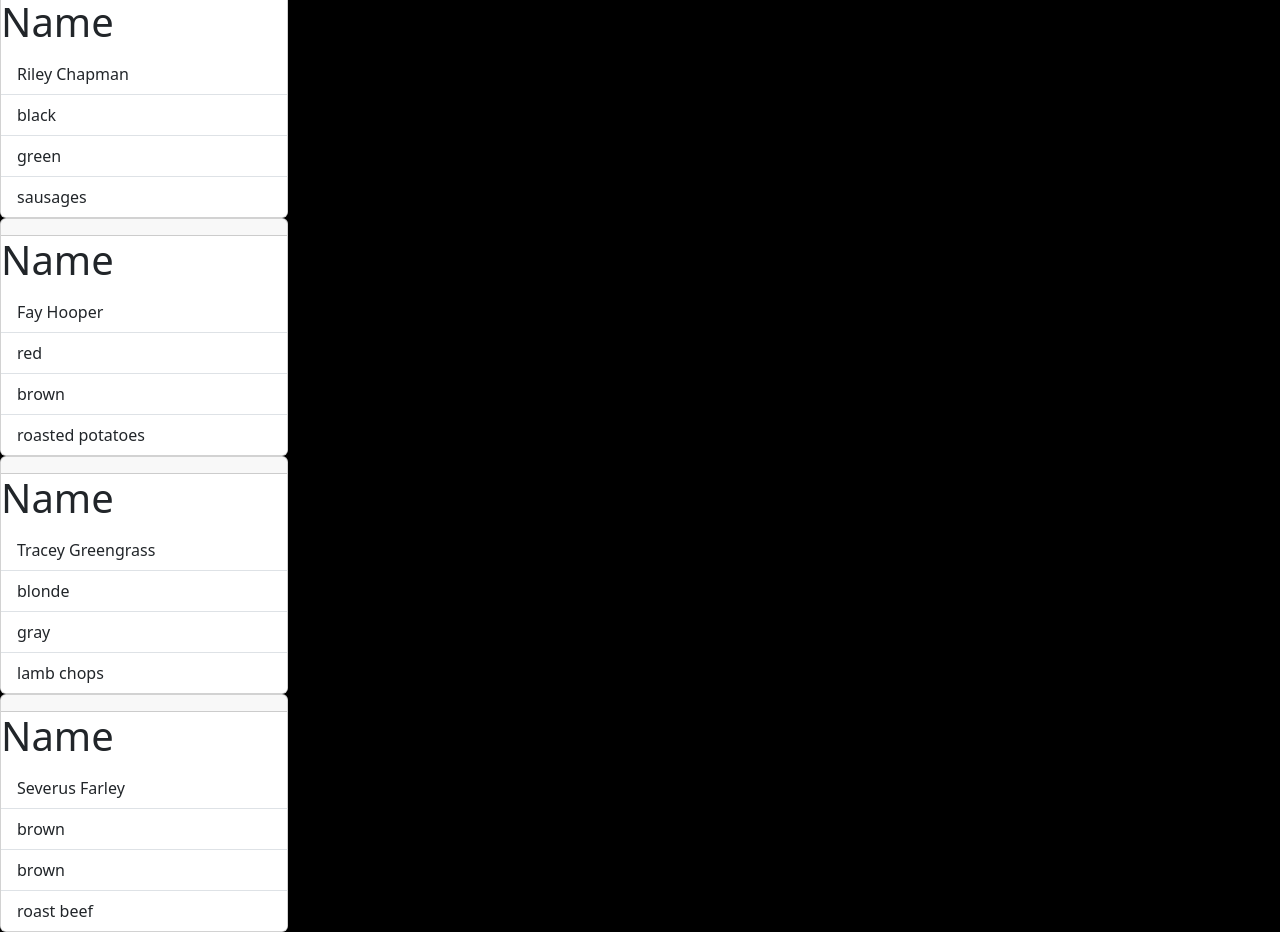
Repository: jontslater/INDIVIDUAL-PROJECT-sorting-hat
Page: index.html
An editor plug-in stored every save of this project. The page is shown before and after the next save, followed by the edit.
The browser window is 1280 px wide. The pictures show the part of the page from y = 541 to 1473 px (the page is 1473 px tall before and 1409 px after).
A picture or video elsewhere on the page could not be fetched, so the positions and the page height are approximate.

Above is the page before, as saved 2023-10-30 20:03:12.

### index.html
<!DOCTYPE html>
<html lang="en">
<head>
  <meta charset="UTF-8">
  <meta name="viewport" content="width=device-width, initial-scale=1.0">
  <title>SortingHat</title>

  <link href="https://cdn.jsdelivr.net/npm/bootstrap@5.3.2/dist/css/bootstrap.min.css" rel="stylesheet" integrity="sha384-T3c6CoIi6uLrA9TneNEoa7RxnatzjcDSCmG1MXxSR1GAsXEV/Dwwykc2MPK8M2HN" crossorigin="anonymous">
  <link rel="stylesheet" href="main.css">
</head>
<body>
  <div class="card">
    <div class="card-header">
      <img src="https://media.tenor.com/vkDuuNm40XoAAAAd/hogwarts-legacy-warner-bros-interactive-entertainment.gif" alt="">
    </div>
    <div class="card-body">
      <h5 class="card-title">Hello, I am the sorting hat!</h5>
      <p class="card-text">Right. Right then. Hmmmm. Right.... You are going to house .... </p>
      <button id="btn">Click here</button>
      <form id="form" class="names">
       <input type="text" id="firstLast" />First Name
       <input type="text" id="firstLast" />Last Name
       <input type="text" id="firstLast" />Hair color
       <input type="text" id="firstLast" />Eye color
       <input type="text" id="firstLast" />Favorite food
       <button type="submit" class="btn btn-primary">Enter House</button>
     </form>

    </div>
  </div>



  <div>

  </div>



  <div id="app"></div>

  <script src="https://cdn.jsdelivr.net/npm/bootstrap@5.3.2/dist/js/bootstrap.bundle.min.js" integrity="sha384-C6RzsynM9kWDrMNeT87bh95OGNyZPhcTNXj1NW7RuBCsyN/o0jlpcV8Qyq46cDfL" crossorigin="anonymous"></script>
  <script src="main.js"></script>
</body>
</html>

### main.js
const students =[
  {
    id: 1,
    firstName: "Riley",
    lastName: "Chapman",
    hairColor: "black",
    eyeColor: "green",
    favoriteFood: "sausages",
  },
  {
    id: 2,
    firstName: "Fay",
    lastName: "Hooper",
    hairColor: "red",
    eyeColor: "brown",
    favoriteFood: "roasted potatoes",
  },
  {
    id: 3,
    firstName: "Tracey",
    lastName: "Greengrass",
    hairColor: "blonde",
    eyeColor: "gray",
    favoriteFood: "lamb chops",
  },
  {
    id: 3,
    firstName: "Severus",
    lastName: "Farley",
    hairColor: "brown",
    eyeColor: "brown",
    favoriteFood: "roast beef",
  }
]
const app = document.querySelector("#app");
const btn = document.querySelector("#btn");

const renderToDom = (Students) =>{

  let domString = "";

  for(let student of students){

    domString += `<div class="card" style="width: 18rem;">
    <div class="card-header">
    </div>
    <ul class="list-group list-group-flush">

       <h1>Name</h1><li class="list-group-item">${student.firstName} ${student.lastName}
      <li class="list-group-item">${student.hairColor}
      <li class="list-group-item">${student.eyeColor}
      <li class="list-group-item">${student.favoriteFood}
    </ul>
  </div>`
  }
  const app = document.querySelector("#app")
  app.innerHTML = domString
}

renderToDom(students)

btn.addEventListener("click", () => {
  const form = document.querySelector("form");

  if(form.style.display === "none"){
    form.style.display = "block";
  }else{
    form.style.display = "none";
  }
});

const form = document.querySelector("form");

const createStudent = (event) => {
  event.preventDefault();

  const newStudent = {
    id: students.length +1,
    firstName: document.querySelector("#firstName").value,
    lastName: document.querySelector("#lastName").value,
    hairColor: document.querySelector("hairColor").value,
    eyeColor: document.querySelector("#eyeColor").value,
    favoriteFood: document.querySelector("#favoriteFood").value,
  }
  students.push(newStudent);
  renderToDom(students);
  form.reset();
}
form.addEventListener("submit", createStudent)

Loaded but not shown: main.css (common file)

After the next save:
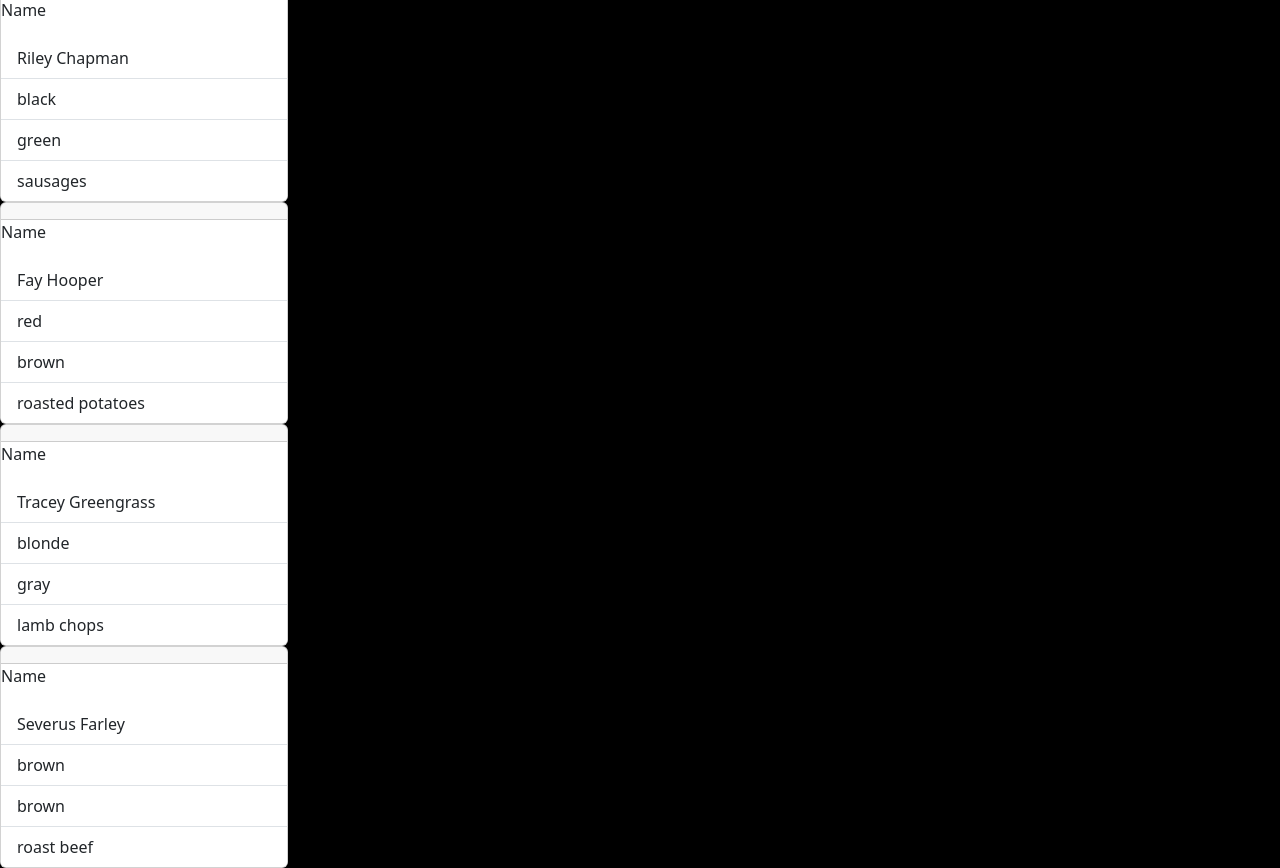
Saved 26 s later.
--- a/main.js
+++ b/main.js
@@ -46,7 +46,7 @@
     </div>
     <ul class="list-group list-group-flush">
 
-       <h1>Name</h1><li class="list-group-item">${student.firstName} ${student.lastName}
+       <p>Name</p><li class="list-group-item">${student.firstName} ${student.lastName}
       <li class="list-group-item">${student.hairColor}
       <li class="list-group-item">${student.eyeColor}
       <li class="list-group-item">${student.favoriteFood}
